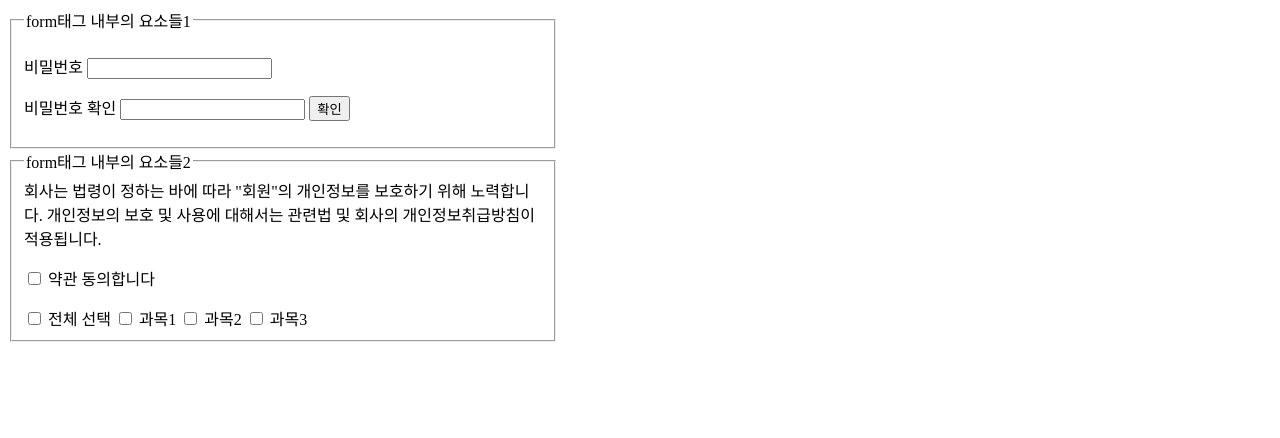
Repository: reddrinkbro/JSPStudy
Page: javascript/WebContent/4객체/dom_ob6.html
The author's editor kept a copy of each file at every save. The page is drawn from the files as they stood at one save, then again after the next save.
The browser window is 1280 px wide. The pictures show the whole page.

Above is the page before, as saved 2020-04-10 03:49:56.

### javascript/WebContent/4객체/dom_ob6.html
<!DOCTYPE html>
<html>
<head>
<meta charset="UTF-8">
<title>Insert title here</title>
	<style type="text/css">
		form{
			width: 550px; /*너비 설정*/
		}

	</style>
</head>
<body>
	<form action="a.jsp" name = "f1">
		<fieldset>
			<legend>form태그 내부의 요소들1</legend>
			<p>
				<label>비밀번호</label>
				<input type ="text" id ="user_pw1" name ="user_pw1"/>
			</p>
			<p>
				<lable>비밀번호 확인</lable>
				<input type ="text" id = "user_pw2" name ="user_pw2"/>
				<input type="submit" value = "확인"/>
			</p>
		</fieldset>
	</form>
	<form action="a.jsp" name = "f2">
		<fieldset>
			<legend>form태그 내부의 요소들2</legend>
			<div>
				회사는 법령이 정하는 바에 따라 "회원"의 개인정보를 보호하기
				위해 노력합니다. 개인정보의 보호 및 사용에 대해서는 관련법
				및 회사의 개인정보취급방침이 적용됩니다.
			</div>
			<p>
				<input type="checkbox" name = "accept" id ="accept"/>
				<label>약관 동의합니다</label>
			</p>
				<input type="checkbox" name = allchk id ="allchk">
				<label>전체 선택</label>
				<input type="checkbox" name = "subject1" id ="subject1" value = "과목 1"/>
				<label>과목1</label>

				<input type="checkbox" name = "subject2" id ="subject2" value = "과목 2"/>
				<label>과목2</label>

				<input type="checkbox" name = "subject3" id ="subject3" value = "과목 3"/>
				<label>과목3</label>
		</fieldset>
	</form>
	<script type="text/javascript">
		//<form name ="f1"> 요소를 선택해 가져온다
		//확인버튼을 클릭했을때 이벤트 처리함수가 실행되게 선언
		document.f1.onsubmit = function(){
			//비밀번호 입력 공간 얻기
			//입력 요소 중에서 <input name ="user_pw1">인 요소를 선택해서 가져와서 변수 pw1에 저장
			var pw1 = document.f1.user_pw1;
			//비밀번호 확인 입력 공간 얻기
			//입력 요소 중 <input name = "user_pw2">인 요소를 선택해서 가져와서 변수pw2에 저장
			var pw2 = document.f1.user_pw2;

			//사이트 방문객이 작성한 비밀번호 값을 얻어
			//비밀번호 확인 <input>요소의 value속성값으로 설정하여 출력
			pw2.value = pw1.value ;
			//비밀번호 확인 <input>요소가 비활성화되어 입력을 할수 없도록 disabled속성의 값을 true함
			pw2.disabled = true;

			//이벤트 처리함수 function(){...} 마지막 부분에 return false의 값을 작성하여
			//a.jsp페이지로 전송하는 것을 차단시켜야한다
			//만약 차단 하지 않으면 <form>태그의 action속성에 작성된 a.jsp로 전송하여 페이지가 이동되게 된다
		}

	</script>
</body>
</html>

After the next save:
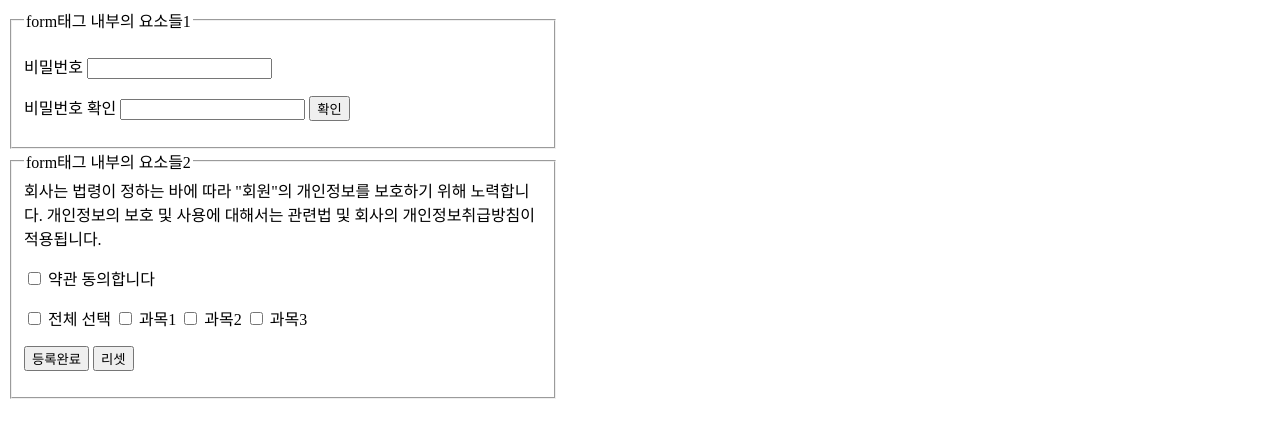
Saved 91 s later.
--- a/javascript/WebContent/4객체/dom_ob6.html
+++ b/javascript/WebContent/4객체/dom_ob6.html
@@ -47,6 +47,10 @@
 
 				<input type="checkbox" name = "subject3" id ="subject3" value = "과목 3"/>
 				<label>과목3</label>
+			<p>
+				<input type="submit" value = "등록완료">
+				<input type="reset" value = "리셋">
+			</p>
 		</fieldset>
 	</form>
 	<script type="text/javascript">
